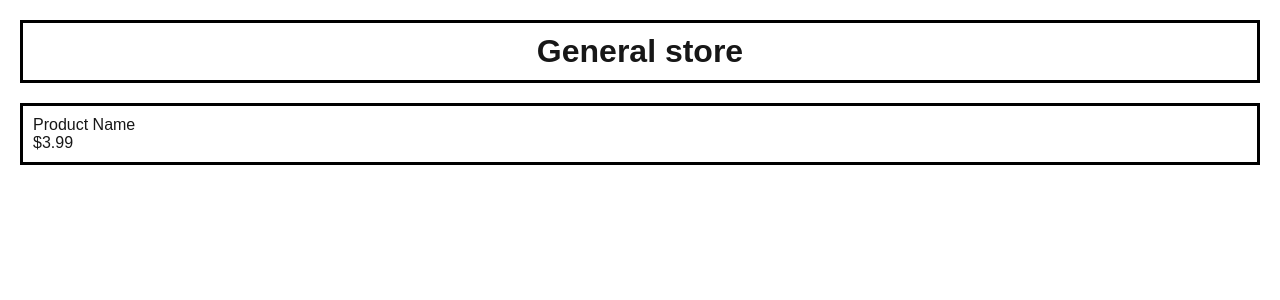
Repository: rosielee09/practiceproject
Page: / (app in my-app/)
These files come from the project's save history. The page is drawn as it stood at one moment and after the next save; the edit follows.
The browser window is 1280 px wide. The pictures show the whole page.
The project was rebuilt for these pictures with package versions that can differ from the ones it lists, and the page was loaded fresh each time. The framework's server and built-in components were replaced by stand-ins that run in the browser. Also part of the build but not shown: my-app/next.config.mjs.

Above is the page before, as saved 2025-04-03 15:26:29.

### my-app/app/page.js
import styles from "./page.module.css";

// React component!
function Product(){
  return (
    <article>
      <div>
        <p>Product Name</p>
        <p>$3.99</p>
      </div>
    </article>
  );
}

export default function Home() {
  return (
    <div className={styles.page}>
     <header className={styles.header}>
        <h1>General store</h1>
     </header>
        <main className={styles.main}>
          <section>
            <Product />
          </section>
        </main>
    </div>
  );
}

### my-app/app/globals.css
:root {
  --background: #pink;
  --foreground: #171717;
}



html,
body {
  max-width: 100vw;
  overflow-x: hidden;
}

body {
  color: var(--foreground);
  background: var(--background);
  font-family: Arial, Helvetica, sans-serif;
  -webkit-font-smoothing: antialiased;
  -moz-osx-font-smoothing: grayscale;
  margin: 20px;
}

* {
  box-sizing: border-box;
  padding: 0;
  margin: 0;
}

a {
  color: inherit;
  text-decoration: none;
}

### my-app/app/page.module.css
.header {
  border: 3px solid black;
  padding: 10px;
  text-align: center;
  margin-bottom: 20px;
}

.main {
  border: 3px solid black;
  padding: 10px;
}

Loaded but not shown: my-app/app/layout.js (common file)

After the next save:
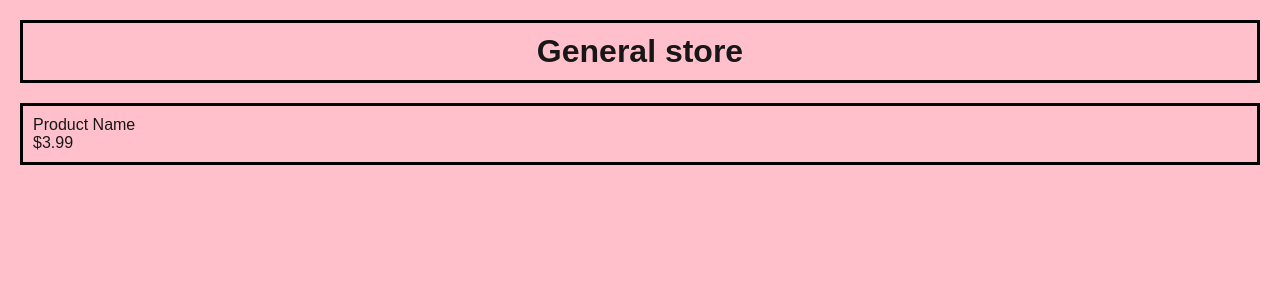
Saved 21 s later.
--- a/my-app/app/globals.css
+++ b/my-app/app/globals.css
@@ -1,5 +1,5 @@
 :root {
-  --background: #pink;
+  --background: pink;
   --foreground: #171717;
 }
 
